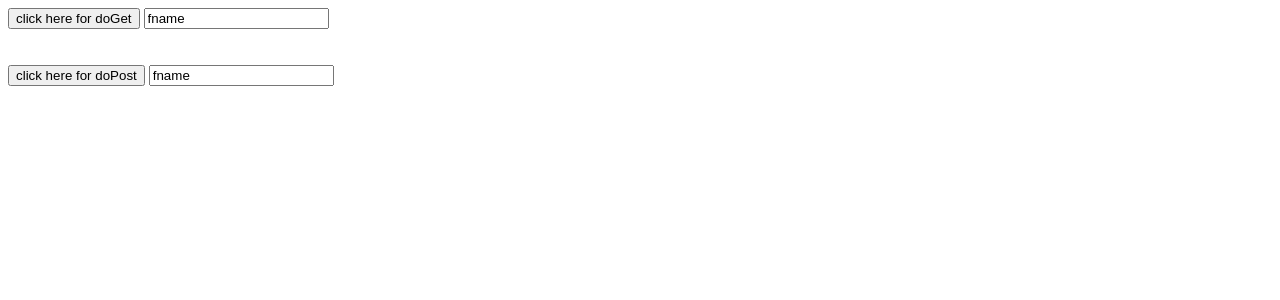
Repository: PraveenRai13/Servlet-Practice-Set
Page: MyfirstWebProject/src/main/webapp/index.html
These files come from the project's save history. The page is drawn as it stood at one moment and after the next save; the edit follows.
The browser window is 1280 px wide. The pictures show the whole page.

Above is the page before, as saved 2022-09-05 07:22:57.

### MyfirstWebProject/src/main/webapp/index.html
<!DOCTYPE html>
<html>
<head>
<meta charset="UTF-8">
<title>HTML Page</title>
</head>
<body>
<form action="myServlet" method="get">
<input type="submit" value="click here for doGet">
<input type="text" value="fname"/>
</form>
<br/>
<br/>
<form action="myServlet" method="post">
<input type="submit" value="click here for doPost">
<input type="text" value="fname"/>
</form>


</body>
</html>

After the next save:
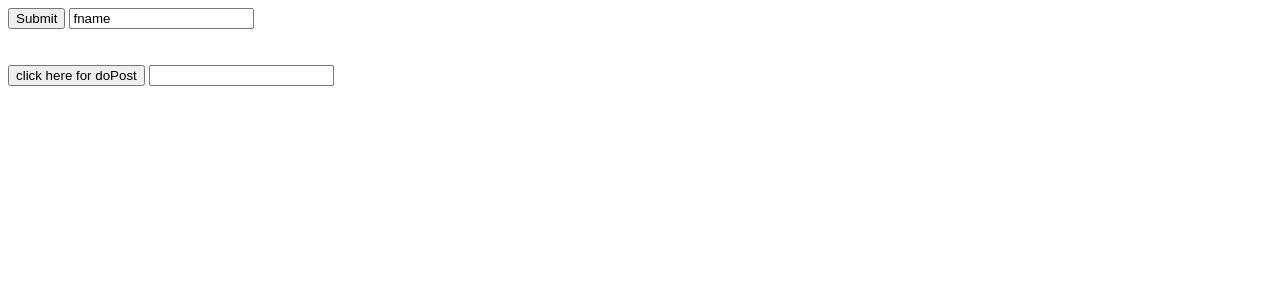
Saved 43 s later.
--- a/MyfirstWebProject/src/main/webapp/index.html
+++ b/MyfirstWebProject/src/main/webapp/index.html
@@ -6,14 +6,14 @@
 </head>
 <body>
 <form action="myServlet" method="get">
-<input type="submit" value="click here for doGet">
+<input type="submit" name="click here for doGet">
 <input type="text" value="fname"/>
 </form>
 <br/>
 <br/>
 <form action="myServlet" method="post">
 <input type="submit" value="click here for doPost">
-<input type="text" value="fname"/>
+<input type="text" name="fname"/>
 </form>
 
 
